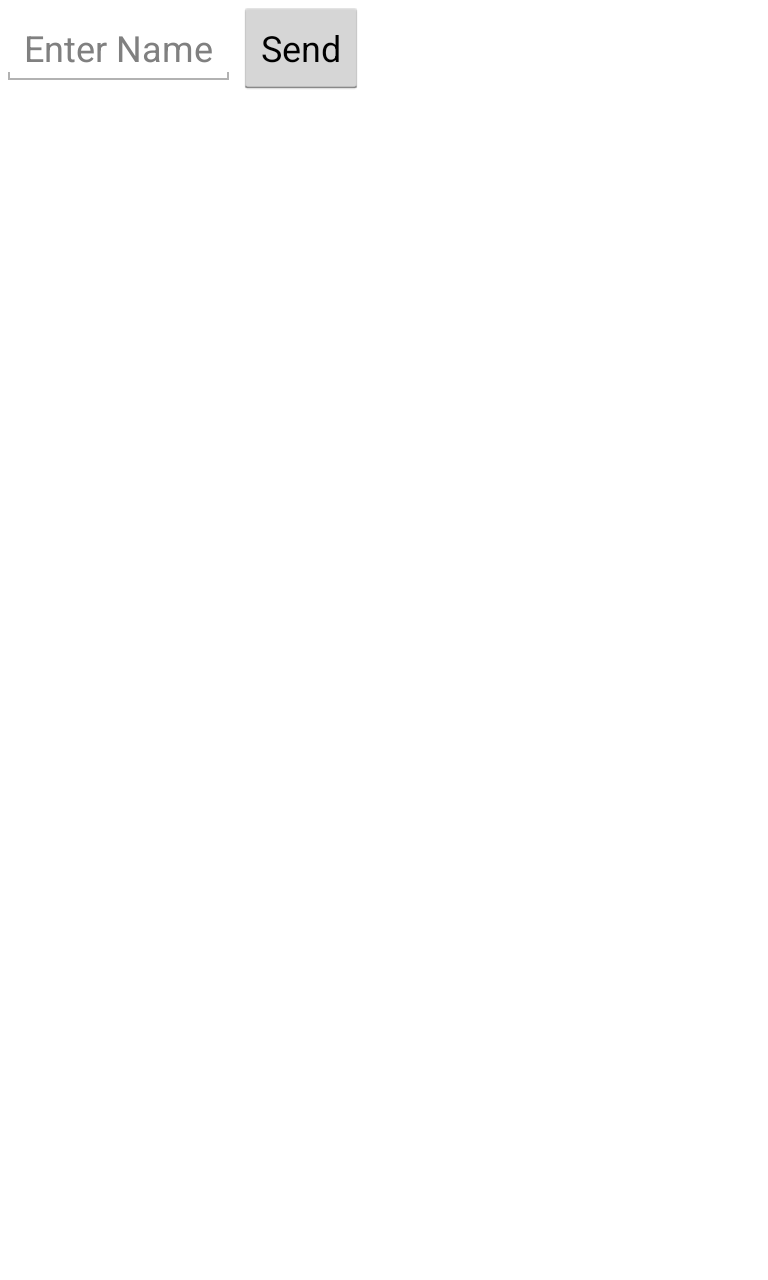
Repository: bvrit-vineeth/android-projects
Layout: MyFirstApp/res/layout/activity_main.xml
These files come from the project's save history. The layout is drawn as it stood at one moment and after the next save; the edit follows.
It is drawn on a 768 x 1280 px phone screen (xhdpi) without system bars, with theme AppTheme; the app's code is not run.

Above is the layout before, as saved 2013-08-18 09:22:29.

### MyFirstApp/res/layout/activity_main.xml
<?xml version="1.0" encoding="utf-8"?>
<LinearLayout xmlns:android="http://schemas.android.com/apk/res/android"
    xmlns:tools="http://schemas.android.com/tools"
    android:layout_width="match_parent"
    android:layout_height="match_parent"
    android:orientation="horizontal" >

    <EditText
        android:id="@+id/editText1"
        android:layout_width="wrap_content"
        android:layout_height="wrap_content"
        android:hint="@string/edit_message" />

    <Button
        android:layout_width="wrap_content"
        android:layout_height="wrap_content"
        android:text="@string/button_send" />
</LinearLayout>

### MyFirstApp/res/values/strings.xml
<?xml version="1.0" encoding="utf-8"?>
<resources>

    <string name="app_name">My First App</string>
    <string name="action_settings">Settings</string>
    <string name="hello_world">Hello world!</string>
    <string name="edit_message">Enter Name</string>
    <string name="button_send">Send</string>

</resources>

Loaded but not shown: MyFirstApp/res/values/styles.xml (common file); MyFirstApp/res/values-v11/styles.xml (common file); MyFirstApp/res/values-v14/styles.xml (common file)

After the next save:
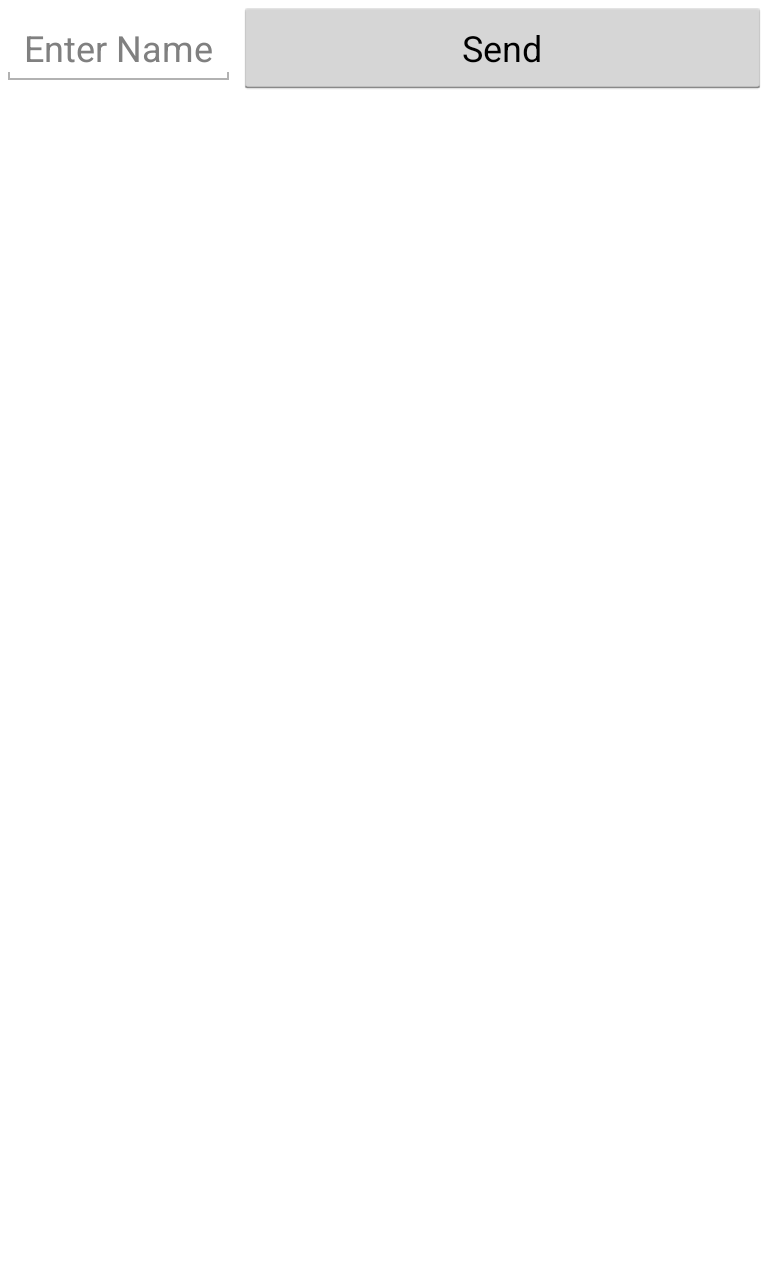
Saved 96 s later.
--- a/MyFirstApp/res/layout/activity_main.xml
+++ b/MyFirstApp/res/layout/activity_main.xml
@@ -14,5 +14,6 @@
     <Button
         android:layout_width="wrap_content"
         android:layout_height="wrap_content"
-        android:text="@string/button_send" />
+        android:text="@string/button_send"
+        android:layout_weight="1" />
 </LinearLayout>

After the save that followed:
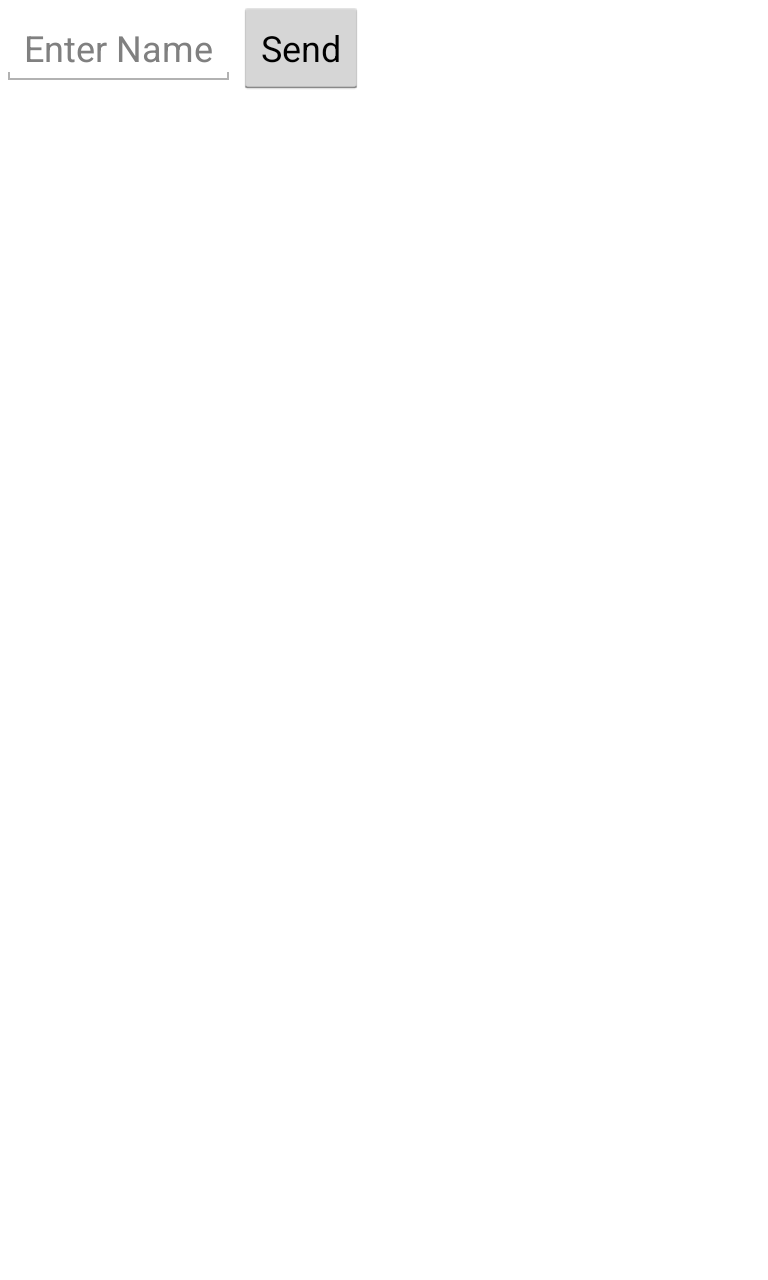
Saved 19 s later.
--- a/MyFirstApp/res/layout/activity_main.xml
+++ b/MyFirstApp/res/layout/activity_main.xml
@@ -14,6 +14,5 @@
     <Button
         android:layout_width="wrap_content"
         android:layout_height="wrap_content"
-        android:text="@string/button_send"
-        android:layout_weight="1" />
+        android:text="@string/button_send" />
 </LinearLayout>
